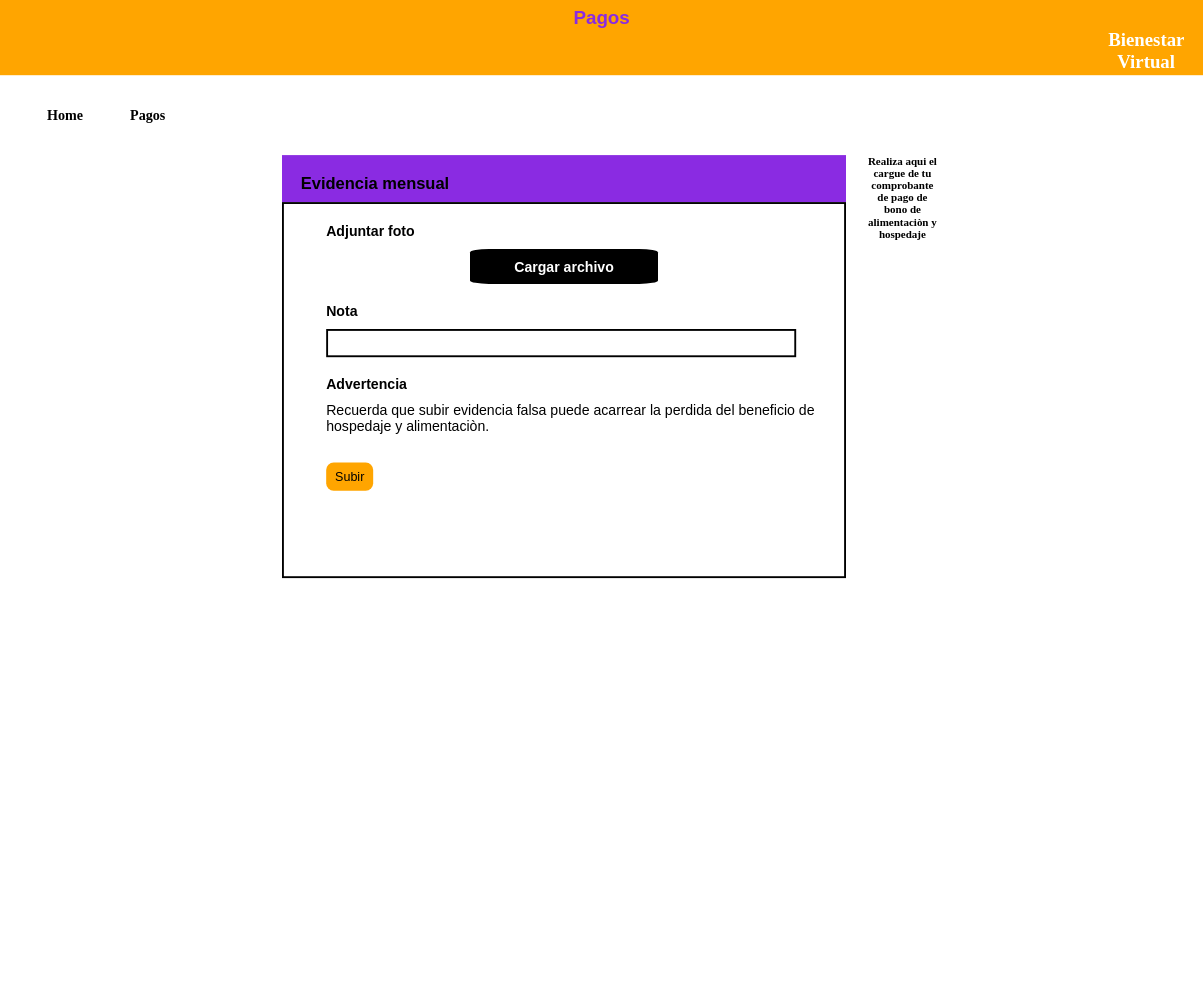
Repository: Diani123/Mis-actividades
Page: softwarebienestarinstitucional/pagos.html
The author's editor kept a copy of each file at every save. The page is drawn from the files as they stood at one save, then again after the next save.
The browser window is 1280 px wide. The pictures show the whole page, at 94% of full size.

Above is the page before, as saved 2023-02-12 20:33:08.

After the next save:
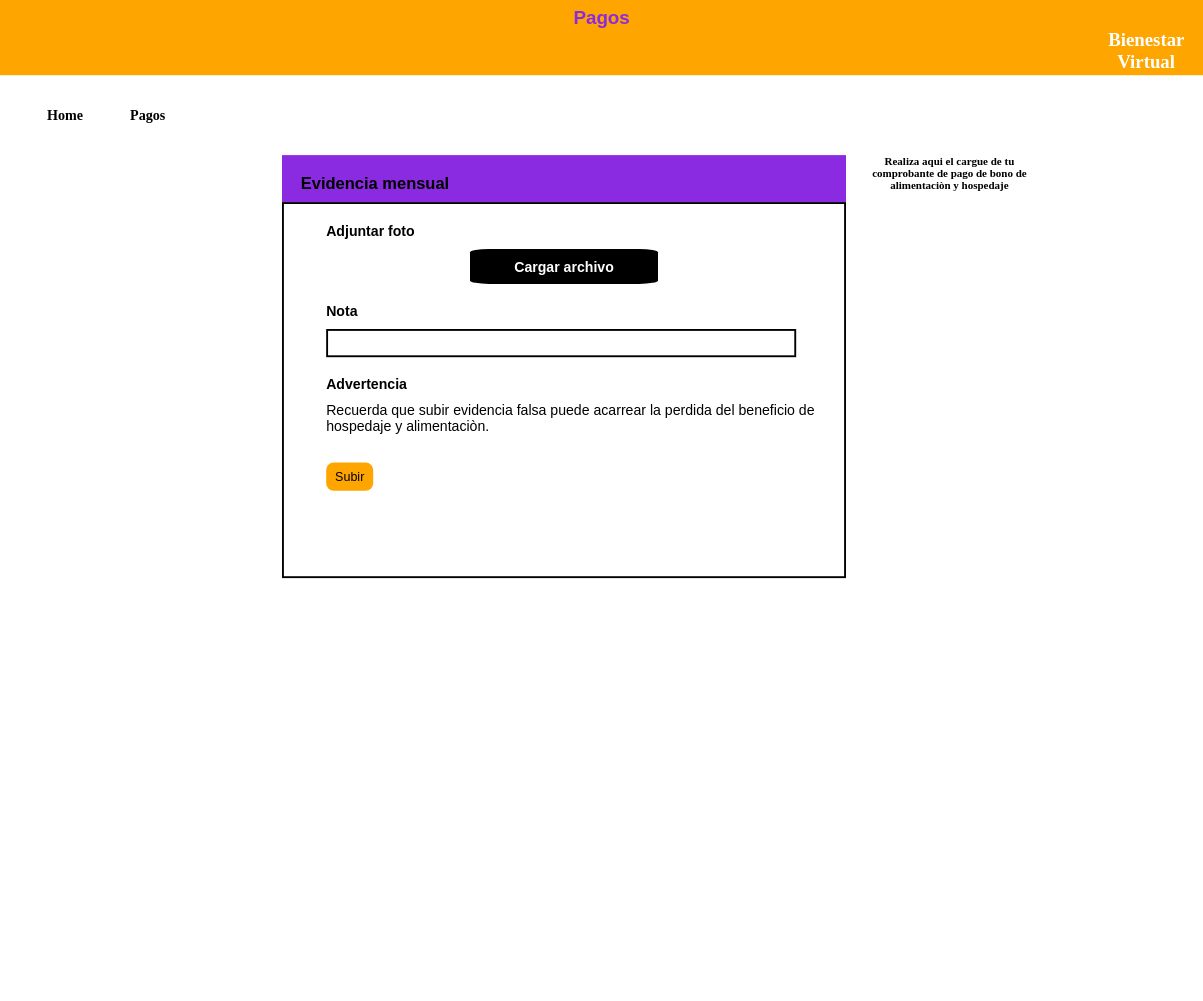
Saved 12 s later.
--- a/softwarebienestarinstitucional/pagos.css
+++ b/softwarebienestarinstitucional/pagos.css
@@ -152,7 +152,7 @@ body {
   top: -1000px;
 }
 .contenedor2{
-  width: 100px;
+  width: 200px;
   height: 50px;
   padding-left: 20px;
   text-align: center;
